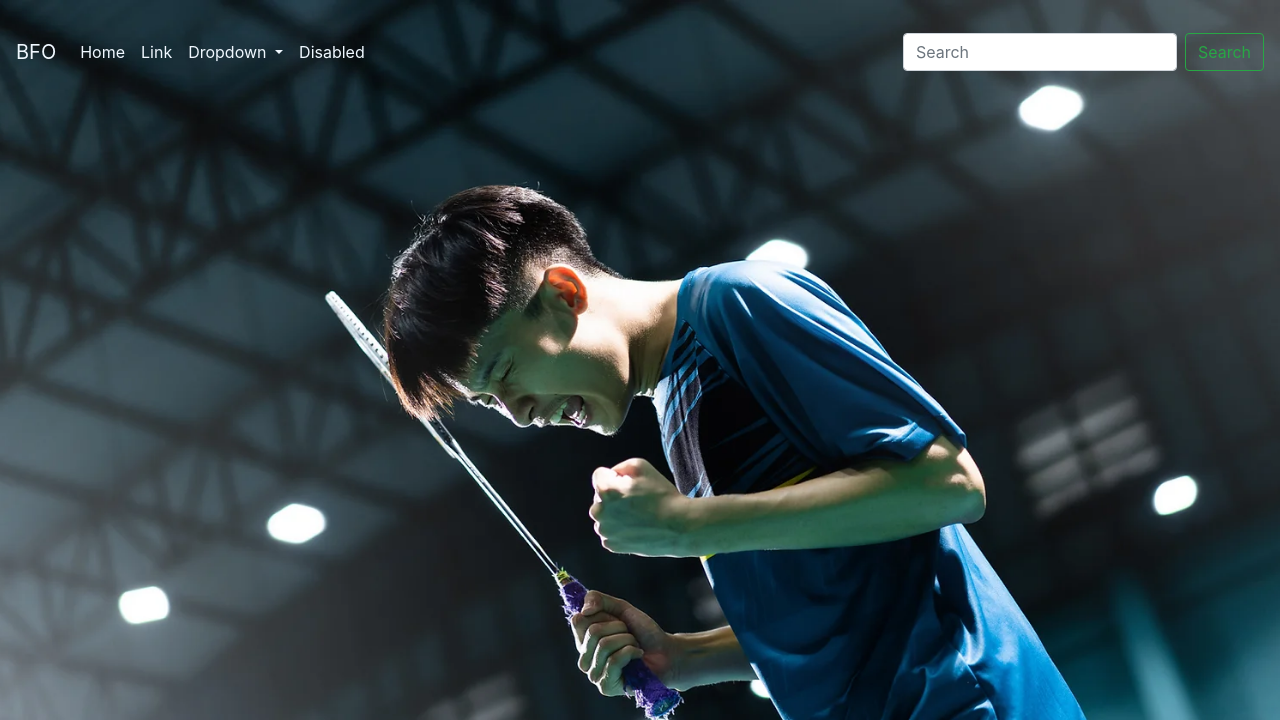
Repository: tsthuy/Badminton
Page: index.html
These files come from the project's save history. The page is drawn as it stood at one moment and after the next save; the edit follows.
The browser window is 1280 px wide. The pictures show the whole page.
Some web libraries are served in a nearby version.

Above is the page before, as saved 2023-10-12 21:13:08.

### index.html
<!DOCTYPE html>
<html lang="en">
<head>
    <meta charset="UTF-8">
    <meta name="viewport" content="width=device-width, initial-scale=1.0">
    <link rel="stylesheet" href="https://cdn.jsdelivr.net/npm/bootstrap@4.0.0/dist/css/bootstrap.min.css" integrity="sha384-Gn5384xqQ1aoWXA+058RXPxPg6fy4IWvTNh0E263XmFcJlSAwiGgFAW/dAiS6JXm" crossorigin="anonymous">
    <link rel="stylesheet" href="main.css">

    <title>Badminton</title>
</head>
<body>
    Explain
<nav class="navbar navbar-expand-lg navbar-light bg-light " style="background-color: transparent !important;
">
  <a style="color: aliceblue;" class="navbar-brand" href="#">BFO</a>
  <button class="navbar-toggler" type="button" data-toggle="collapse" data-target="#navbarSupportedContent" aria-controls="navbarSupportedContent" aria-expanded="false" aria-label="Toggle navigation">
    <span class="navbar-toggler-icon"></span>
  </button>

  <div class="collapse navbar-collapse" id="navbarSupportedContent">
    <ul class="navbar-nav mr-auto">
      <li class="nav-item active">
        <a style="color: aliceblue;" class="nav-link" href="#">Home <span class="sr-only">(current)</span></a>
      </li>
      <li class="nav-item">
        <a style="color: aliceblue;" class="nav-link" href="#">Link</a>
      </li>
      <li class="nav-item dropdown">
        <a style="color: aliceblue;" class="nav-link dropdown-toggle" href="#" id="navbarDropdown" role="button" data-toggle="dropdown" aria-haspopup="true" aria-expanded="false">
          Dropdown
        </a>
        <div style="color: aliceblue;" class="dropdown-menu" aria-labelledby="navbarDropdown">
          <a class="dropdown-item" href="#">Action</a>
          <a class="dropdown-item" href="#">Another action</a>
          <div class="dropdown-divider"></div>
          <a class="dropdown-item" href="#">Something else here</a>
        </div>
      </li>
      <li class="nav-item">
        <a style="color: aliceblue;" class="nav-link disabled" href="#">Disabled</a>
      </li>
    </ul>
    <form class="form-inline my-2 my-lg-0">
      <input class="form-control mr-sm-2" type="search" placeholder="Search" aria-label="Search">
      <button class="btn btn-outline-success my-2 my-sm-0" type="submit">Search</button>
    </form>
  </div>
</nav>
   <div class="background_cover">

    <img class="bg_img" src="./Image/A man in a badminton match.webp" alt="" style="object-fit: cover;margin-top: -80px; height: 100vh; width: 100%;">
   </div>

</body>
<script src="https://code.jquery.com/jquery-3.2.1.slim.min.js" integrity="sha384-KJ3o2DKtIkvYIK3UENzmM7KCkRr/rE9/Qpg6aAZGJwFDMVNA/GpGFF93hXpG5KkN" crossorigin="anonymous"></script>
<script src="https://cdn.jsdelivr.net/npm/popper.js@1.12.9/dist/umd/popper.min.js" integrity="sha384-ApNbgh9B+Y1QKtv3Rn7W3mgPxhU9K/ScQsAP7hUibX39j7fakFPskvXusvfa0b4Q" crossorigin="anonymous"></script>
<script src="https://cdn.jsdelivr.net/npm/bootstrap@4.0.0/dist/js/bootstrap.min.js" integrity="sha384-JZR6Spejh4U02d8jOt6vLEHfe/JQGiRRSQQxSfFWpi1MquVdAyjUar5+76PVCmYl" crossorigin="anonymous"></script>
    </script>
</html>

Loaded but not shown: main.css (no stored copy; drawn as an empty file)

After the next save:
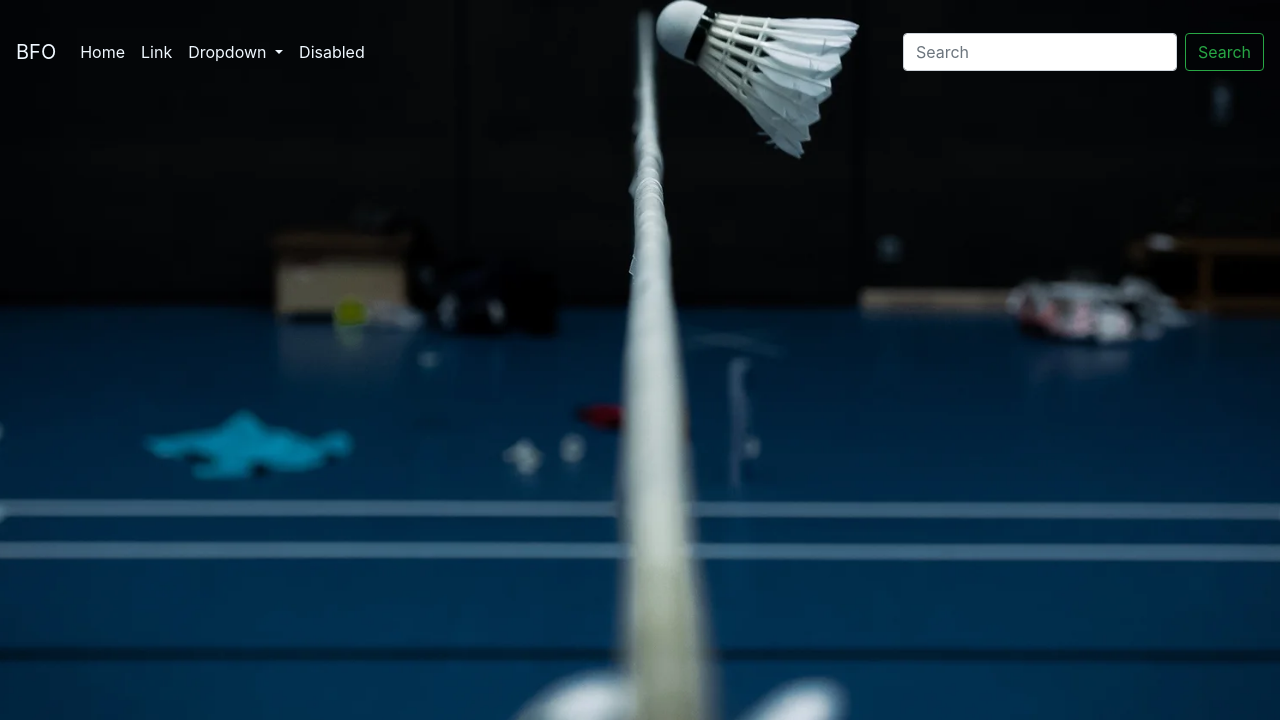
Saved 15 min 18 s later.
--- a/index.html
+++ b/index.html
@@ -48,7 +48,7 @@
 </nav>
    <div class="background_cover">
 
-    <img class="bg_img" src="./Image/A man in a badminton match.webp" alt="" style="object-fit: cover;margin-top: -80px; height: 100vh; width: 100%;">
+    <img class="bg_img" src="./Image/Image by Stephan Rothe.webp" alt="" style="object-fit: cover;margin-top: -80px; height: 100vh; width: 100%;">
    </div>
 
 </body>
